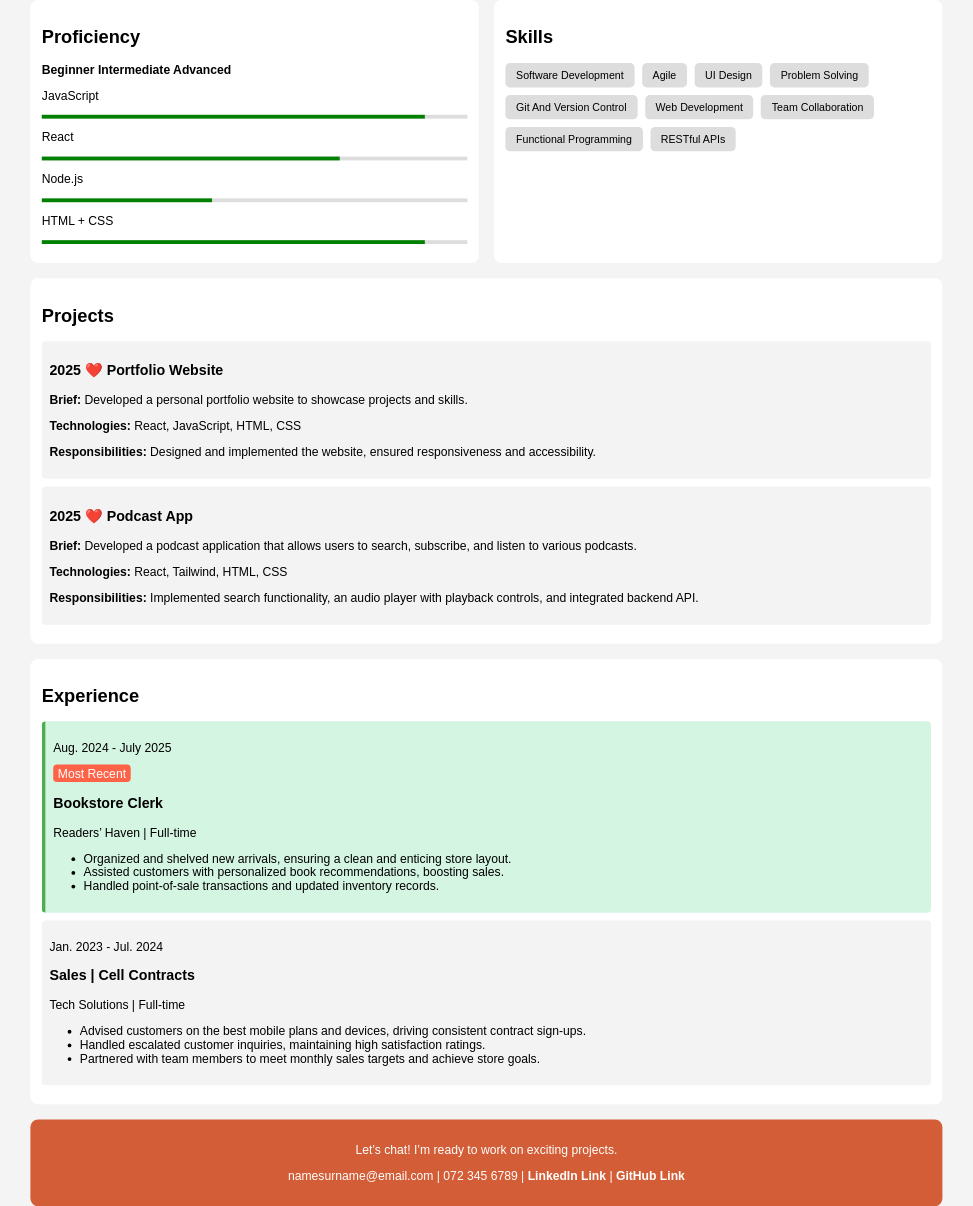
Repository: andajonas/ANDJON25111_fto2502_A2_AndaJonas_SDF_Portfolio_Piece
Page: index.html
These files come from the project's save history. The page is drawn as it stood at one moment and after a run of saves; the edit follows.
The browser window is 1280 px wide. The pictures show the part of the page from y = 204 to 1791 px (the page is 1791 px tall), at 76% of full size.
A picture or video elsewhere on the page could not be fetched, so the positions and the page height are approximate.

Above is the page before, as saved 2025-04-03 17:27:32.

### index.html
<!DOCTYPE html>
<html lang="en">
<head>
    <meta charset="UTF-8">
    <meta name="viewport" content="width=device-width, initial-scale=1.0">
    <title>Developer Resume</title>
    <link rel="stylesheet" href="styles.css">
</head>
<body>

<div class="container">
    <!-- Profile Section -->
    <section class="profile">
        <img src="profile.jpg" alt="Profile Picture" class="profile-pic">
        <div class="profile-info">
            <h1>Anda Jonas</h1>
            <p>I am a passionate and dedicated software developer with a strong foundation in JavaScript and React. With hands-on experience in building dynamic and responsive web applications, I excel at transforming complex requirements into intuitive user interfaces.</p>
        </div>
    </section>

    <!-- Proficiency and Skills Section -->
    <section class="skills-container">
        <div class="proficiency">
            <h2>Proficiency</h2>
            <p><strong>Beginner Intermediate Advanced</strong></p>
            <p>JavaScript</p><div class="bar"><div class="progress" style="width: 90%;"></div></div>
            <p>React</p><div class="bar"><div class="progress" style="width: 70%;"></div></div>
            <p>Node.js</p><div class="bar"><div class="progress" style="width: 40%;"></div></div>
            <p>HTML + CSS</p><div class="bar"><div class="progress" style="width: 90%;"></div></div>
        </div>

        <div class="skills">
            <h2>Skills</h2>
            <div class="skill-tags">
                <span class="skill-item">Software Development</span>
                <span class="skill-item">Agile</span>
                <span class="skill-item">UI Design</span>
                <span class="skill-item">Problem Solving</span>
                <span class="skill-item">Git And Version Control</span>
                <span class="skill-item">Web Development</span>
                <span class="skill-item">Team Collaboration</span>
                <span class="skill-item">Functional Programming</span>
                <span class="skill-item">RESTful APIs</span>
            </div>
        </div>
    </section>

    <!-- Projects Section -->
    <section class="projects">
        <h2>Projects</h2>
        <div class="project-card">
            <h3>2025 ❤️ Portfolio Website</h3>
            <p><strong>Brief:</strong> Developed a personal portfolio website to showcase projects and skills.</p>
            <p><strong>Technologies:</strong> React, JavaScript, HTML, CSS</p>
            <p><strong>Responsibilities:</strong> Designed and implemented the website, ensured responsiveness and accessibility.</p>
        </div>

        <div class="project-card">
            <h3>2025 ❤️ Podcast App</h3>
            <p><strong>Brief:</strong> Developed a podcast application that allows users to search, subscribe, and listen to various podcasts.</p>
            <p><strong>Technologies:</strong> React, Tailwind, HTML, CSS</p>
            <p><strong>Responsibilities:</strong> Implemented search functionality, an audio player with playback controls, and integrated backend API.</p>
        </div>
    </section>

    <!-- Experience Section -->
    <section class="experience">
        <h2>Experience</h2>
        <div class="experience-card green">
            <div class="exp-header">
                <p class="date">Aug. 2024 - July 2025</p>
                <span class="tag">Most Recent</span>
            </div>
            <h3>Bookstore Clerk</h3>
            <p class="company">Readers’ Haven | Full-time</p>
            <ul>
                <li>Organized and shelved new arrivals, ensuring a clean and enticing store layout.</li>
                <li>Assisted customers with personalized book recommendations, boosting sales.</li>
                <li>Handled point-of-sale transactions and updated inventory records.</li>
            </ul>
        </div>

        <div class="experience-card">
            <p class="date">Jan. 2023 - Jul. 2024</p>
            <h3>Sales | Cell Contracts</h3>
            <p class="company">Tech Solutions | Full-time</p>
            <ul>
                <li>Advised customers on the best mobile plans and devices, driving consistent contract sign-ups.</li>
                <li>Handled escalated customer inquiries, maintaining high satisfaction ratings.</li>
                <li>Partnered with team members to meet monthly sales targets and achieve store goals.</li>
            </ul>
        </div>
    </section>

    <!-- Contact Section -->
    <section class="contact">
        <p class="contact-text">Let’s chat! I’m ready to work on exciting projects.</p>
        <p class="contact-links">
            <span>namesurname@email.com</span> |
            <span>072 345 6789</span> |
            <a href="#">LinkedIn Link</a> |
            <a href="#">GitHub Link</a>
        </p>
    </section>
</div>

</body>
</html>

### styles.css
/* General Layout */
body {
    font-family: Arial, sans-serif;
    margin: 0;
    padding: 0;
    background: #f4f4f4;
}

.container {
    max-width: 1200px;
    margin: auto;
    display: flex;
    flex-direction: column;
    gap: 20px;
}

/* Profile Section */
.profile {
    display: flex;
    align-items: center;
    padding: 20px;
    background: white;
    border-radius: 10px;
}

.profile-pic {
    width: 144px;
    height: 144px;
    border-radius: 24px;
    object-fit: cover;
    margin-right: 20px;
}

/* Skills Section */
.skills-container {
    display: flex;
    gap: 20px;
}

.proficiency, .skills {
    background: white;
    padding: 15px;
    border-radius: 10px;
    width: 50%;
}

.bar {
    width: 100%;
    height: 5px;
    background: #ddd;
    margin-bottom: 10px;
}

.progress {
    height: 5px;
    background: green;
}

.skill-tags {
    display: flex;
    flex-wrap: wrap;
    gap: 10px;
}

.skill-item {
    background: #ddd;
    padding: 8px 14px;
    border-radius: 6px;
    font-size: 14px;
}

/* Projects Section */
.projects {
    background: white;
    padding: 15px;
    border-radius: 10px;
    display: grid;
}

.project-card {
    background: #f3f3f3;
    padding: 10px;
    border-radius: 5px;
    margin-bottom: 10px;
}

/* Experience Section */
.experience {
    background: white;
    padding: 15px;
    border-radius: 10px;
}

.experience-card {
    background: #f3f3f3;
    padding: 10px;
    border-radius: 5px;
    margin-bottom: 10px;
}

.green {
    background: #d5f5e3;
    border-left: 5px solid #4caf50;
}

.tag {
    background: #ff6347;
    color: white;
    padding: 3px 6px;
    border-radius: 5px;
}

/* Contact Section */
.contact {
    background: #d35d36;
    color: white;
    text-align: center;
    padding: 15px;
    border-radius: 10px;
}

.contact-links a {
    color: white;
    font-weight: bold;
    text-decoration: none;
}

After the next 3 saves:
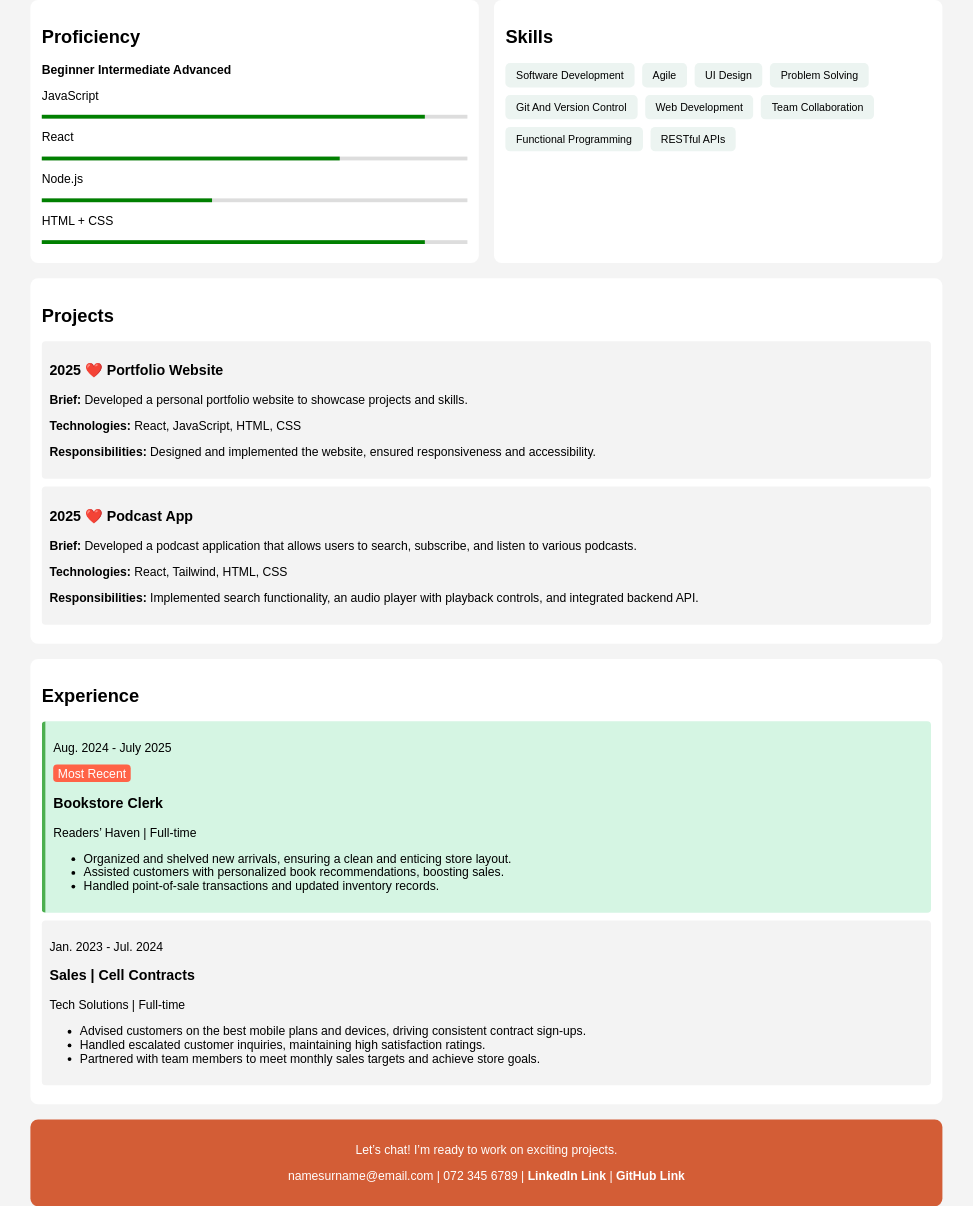
The 3 saves are shown as one change because they came seconds apart.
The last was saved 25 s later.
--- a/styles.css
+++ b/styles.css
@@ -63,7 +63,7 @@ body {
 }
 
 .skill-item {
-    background: #ddd;
+    background: #ecf4f1;
     padding: 8px 14px;
     border-radius: 6px;
     font-size: 14px;
